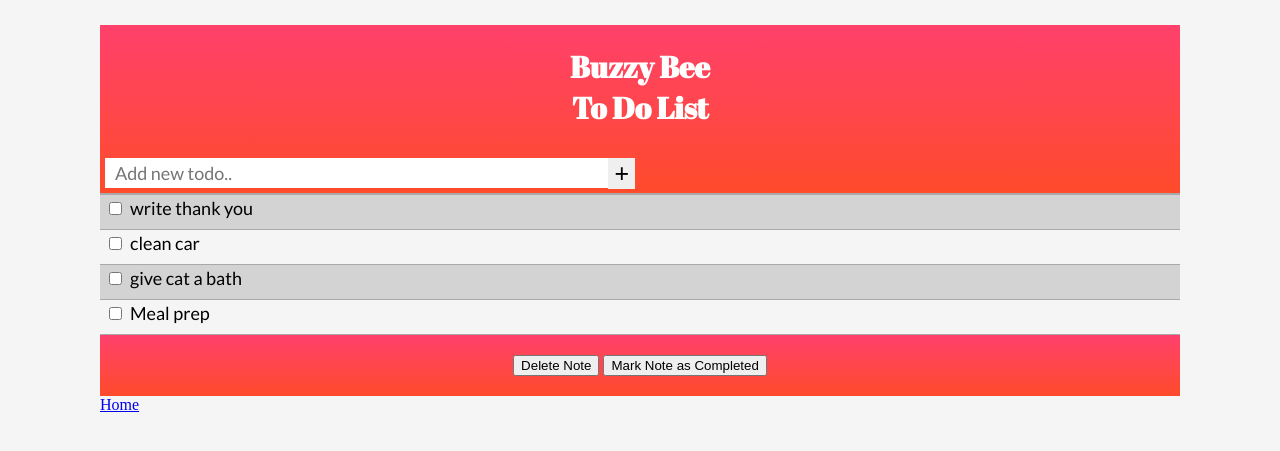
Repository: seleniadelgado/backend-spring2020-angie
Page: projects/todo/public_html/index.html
These files come from the project's save history. The page is drawn as it stood at one moment and after the next save; the edit follows.
The browser window is 1280 px wide. The pictures show the whole page.
The page's requests for data from a server got no answer.

Above is the page before, as saved 2020-05-13 16:32:27.

After the next save:
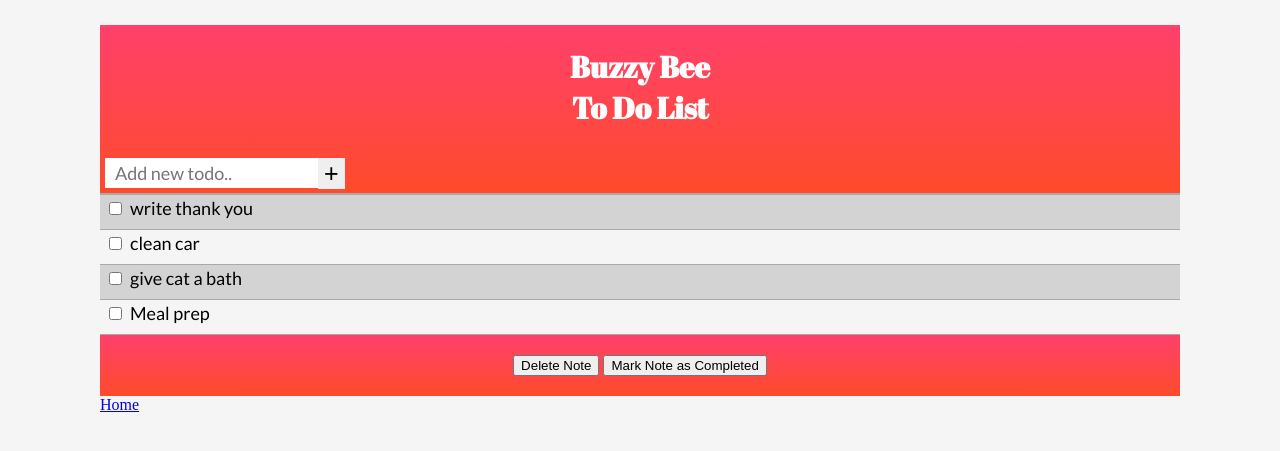
Saved 18 s later.
--- a/projects/todo/public_html/styles.css
+++ b/projects/todo/public_html/styles.css
@@ -52,7 +52,7 @@
 }
 #newNote {
     border: none;
-    width: 1000%;
+
     height: 150%;
     font-size: 24px;
     font-family: var(--list-font);

After the save that followed:
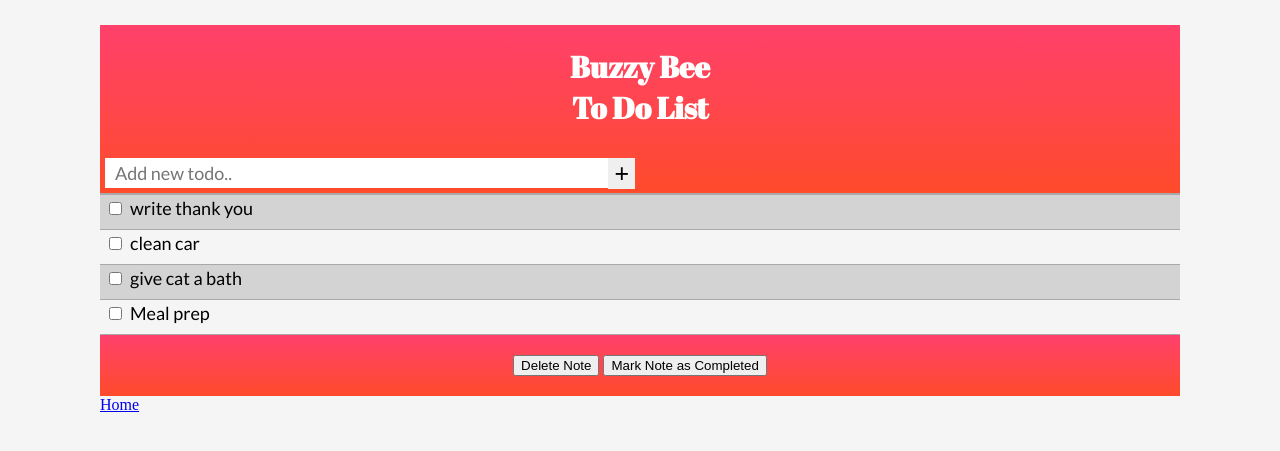
Saved 7 s later.
--- a/projects/todo/public_html/styles.css
+++ b/projects/todo/public_html/styles.css
@@ -52,7 +52,7 @@
 }
 #newNote {
     border: none;
-
+    width: 1000%;
     height: 150%;
     font-size: 24px;
     font-family: var(--list-font);
